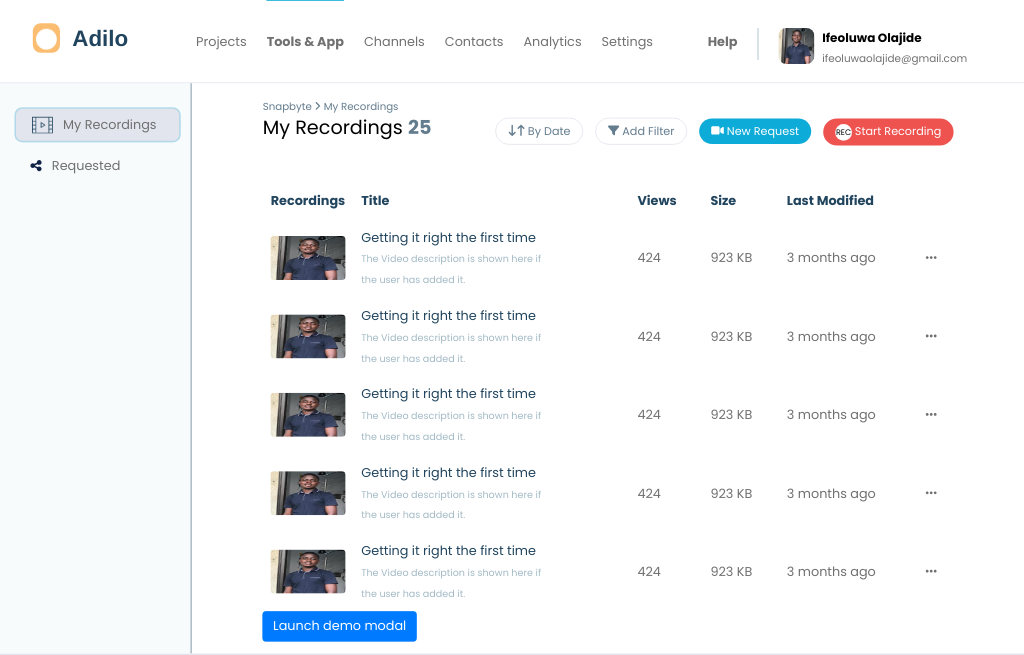
Repository: olhighjay/video_recorder
Page: /
These files come from the project's save history. The page is drawn as it stood at one moment and after the next save; the edit follows.
The browser window is 1280 px wide. The pictures show the whole page, at 80% of full size.
Some web libraries are served in a nearby version. The project was rebuilt for these pictures with package versions that can differ from the ones it lists, and the page was loaded fresh each time. Also part of the build but not shown: vue.config.js.

Above is the page before, as saved 2022-07-29 10:07:40.

After the next save:
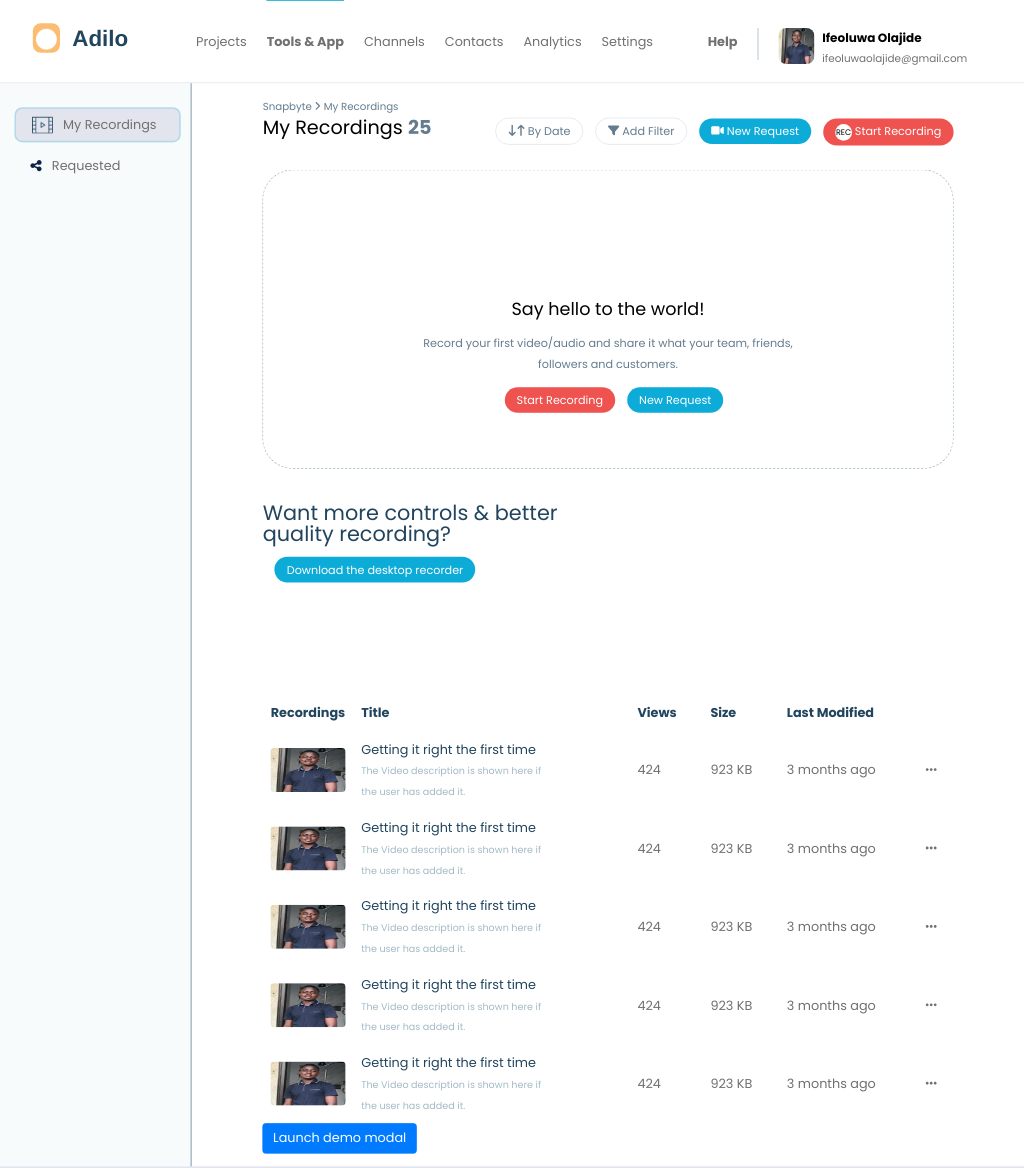
Saved 64 s later.
--- a/src/App.vue
+++ b/src/App.vue
@@ -35,6 +35,7 @@
               </div>
             </div>
 
+            <empty-recorded></empty-recorded>
 
             <data-table></data-table>
             <!-- Button trigger modal -->
@@ -109,12 +110,14 @@
 // import HelloWorld from './components/HelloWorld.vue'
 import Navbar from './layouts/Navbar.vue'
 import DataTable from '@/components/DataTable'
+import EmptyRecorded from '@/components/EmptyRecorded'
 
 export default {
   name: 'App',
   components: {
     Navbar,
-    DataTable
+    DataTable,
+    EmptyRecorded
   }
 }
 </script>
